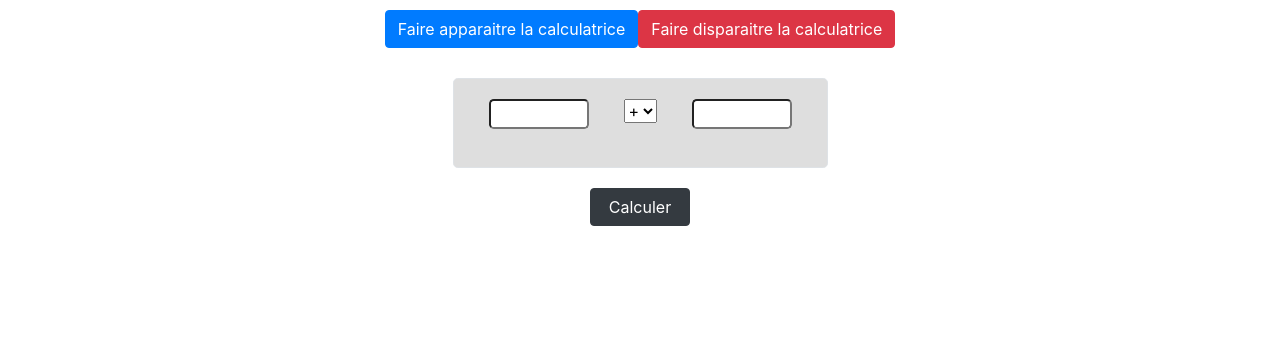
Repository: julieLyM/calculatrice
Page: calculatrice.html
The author's editor kept a copy of each file at every save. The page is drawn from the files as they stood at one save, then again after a run of saves.
The browser window is 1280 px wide. The pictures show the whole page.

Above is the page before, as saved 2020-12-08 15:37:40.

After the next 3 saves:
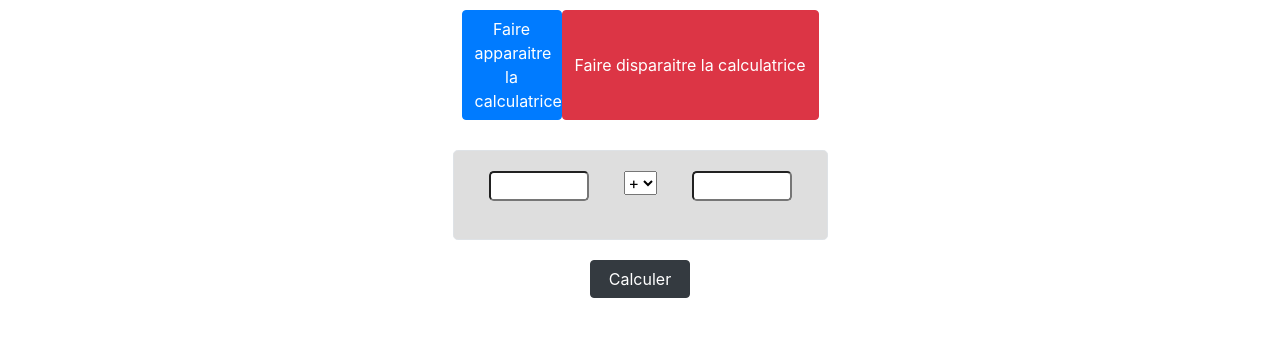
The 3 saves are shown as one change because they came seconds apart.
The last was saved 21 s later.
--- a/calculatrice.html
+++ b/calculatrice.html
@@ -10,7 +10,7 @@
   <body>
     <div class="container-fluid">
         <div class="row justify-content-center" style="padding: 10px; text-align:center">
-          <button class="btn btn-primary" id="appear">
+          <button class="btn btn-primary" style="width: 100px;" id="appear">
             Faire apparaitre la calculatrice
           </button>
           <button class="btn btn-danger" id="disapear">
